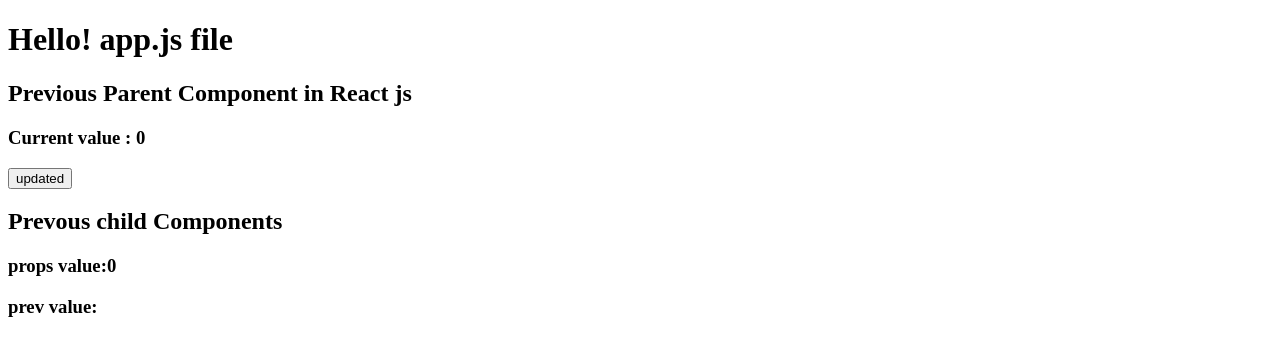
Repository: Gulzarokz/React_Course_Review
Page: / (app in vite-Project/)
The author's editor kept a copy of each file at every save. The page is drawn from the files as they stood at one save, then again after the next save.
The browser window is 1280 px wide. The pictures show the whole page.
The page's requests for data from a server got no answer. The project was rebuilt for these pictures with package versions that can differ from the ones it lists, and the page was loaded fresh each time. No one was signed in, and anything a server would have sent is missing. Also part of the build but not shown: vite-Project/vite.config.js.

Above is the page before, as saved 2026-04-29 12:53:56.

### vite-Project/index.html
<!doctype html>
<html lang="en">

<head>
  <meta charset="UTF-8" />
  <link rel="icon" type="image/svg+xml" href="/favicon.svg" />
  <meta name="viewport" content="width=device-width, initial-scale=1.0" />
  <title>React js Review</title>
</head>

<body>
  <div id="root"></div>
  <script type="module" src="/src/main.jsx"></script>
</body>

</html>

### vite-Project/src/App.jsx
import { useState } from 'react';
import PrevParentComp from './PrevParentComp';








function App() {
  // const [count, setCount] = useState(0)

  // function getData() {
  //   alert('Hello How are you!')
  // }
  return (
    <>
      <h1>Hello! app.js file</h1>
      <PrevParentComp />













    </>
  )
}
export default App

### vite-Project/src/PrevParentComp.jsx
import React, { useState } from 'react'
import PrecChildComp from './PrecChildComp'

const PrevParentComp = () => {
    const [data, setData] = useState(0)

    function update() {
        let randomVal = Math.floor(Math.random() * 10)
        setData(randomVal)
    }
    return (
        <>
            <h2>Previous Parent Component in React js</h2>
            <h3>Current value : {data}</h3>
            <button onClick={update}>updated</button>
            <PrecChildComp item={data} />
        </>
    )
}

export default PrevParentComp

### vite-Project/src/PrecChildComp.jsx
import React, { useEffect, useRef } from 'react'

const PrecChildComp = (prop) => {
    let prevVal = useRef();
    useEffect(() => {
        prevVal.current = prop.item
    })
    const propValue = prevVal.current
    return (
        <>
            <h2>Prevous child Components</h2>
            <h3> props value:{prop.item}</h3>
            <h3> prev value:{propValue}</h3>
        </>
    )
}

export default PrecChildComp

### vite-Project/src/ApiCalling.jsx
import React, { useEffect } from 'react'

const ApiCalling = () => {

    useEffect(() => {
        fetch("https://jsonplaceholder.typicode.com/users").then((result) => {
            result.json().then((response) => {
                console.log("respone", response);

            })
        })
    })
    return (
        <>
            <h2>Api calling in react js</h2>
        </>
    )
}

export default ApiCalling

Loaded but not shown: vite-Project/src/main.jsx (common file)

After the next save:
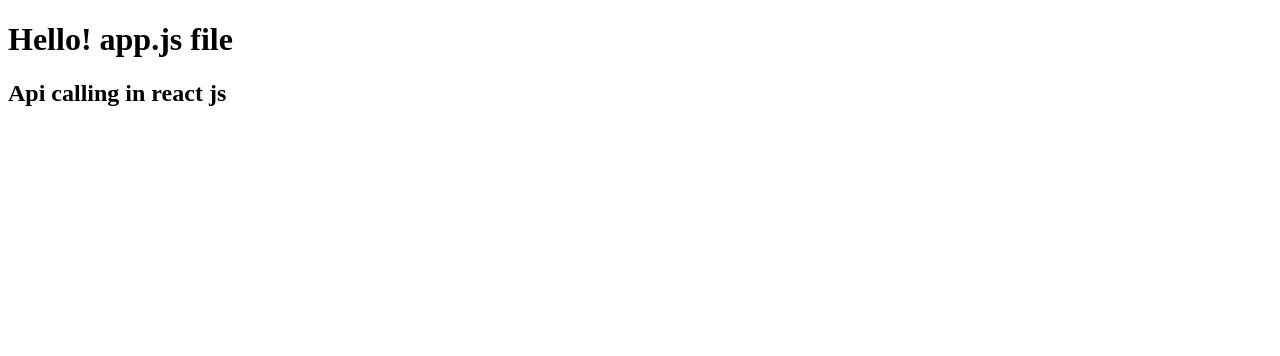
Saved 47 s later.
--- a/vite-Project/src/App.jsx
+++ b/vite-Project/src/App.jsx
@@ -1,5 +1,6 @@
 import { useState } from 'react';
 import PrevParentComp from './PrevParentComp';
+import ApiCalling from './ApiCalling';
 
 
 
@@ -17,7 +18,7 @@ function App() {
   return (
     <>
       <h1>Hello! app.js file</h1>
-      <PrevParentComp />
+      <ApiCalling />
 
 
 
